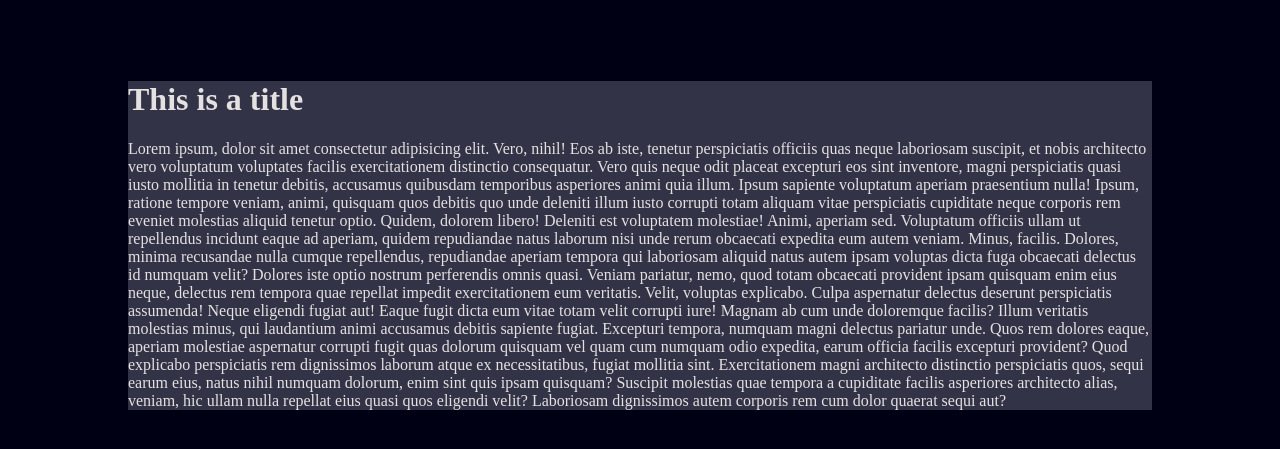
Repository: Francois-QUICODE/CSS-Micro-Projects
Page: Projects/01-Infinite-Gradient-Text.html
The author's editor kept a copy of each file at every save. The page is drawn from the files as they stood at one save, then again after the next save.
The browser window is 1280 px wide. The pictures show the whole page.

Above is the page before, as saved 2020-11-28 09:56:50.

### Projects/01-Infinite-Gradient-Text.html
<!DOCTYPE html>
<html lang="en">
  <head>
    <meta charset="UTF-8" />
    <title>Infinite Gradiant text</title>
  </head>
  <body>
    <div class="container">
      <div class="text-background"></div>
      <div class="text">
        <h1>This is a title</h1>
        <p>
          Lorem ipsum, dolor sit amet consectetur adipisicing elit. Vero, nihil!
          Eos ab iste, tenetur perspiciatis officiis quas neque laboriosam
          suscipit, et nobis architecto vero voluptatum voluptates facilis
          exercitationem distinctio consequatur. Vero quis neque odit placeat
          excepturi eos sint inventore, magni perspiciatis quasi iusto mollitia
          in tenetur debitis, accusamus quibusdam temporibus asperiores animi
          quia illum. Ipsum sapiente voluptatum aperiam praesentium nulla!
          Ipsum, ratione tempore veniam, animi, quisquam quos debitis quo unde
          deleniti illum iusto corrupti totam aliquam vitae perspiciatis
          cupiditate neque corporis rem eveniet molestias aliquid tenetur optio.
          Quidem, dolorem libero! Deleniti est voluptatem molestiae! Animi,
          aperiam sed. Voluptatum officiis ullam ut repellendus incidunt eaque
          ad aperiam, quidem repudiandae natus laborum nisi unde rerum obcaecati
          expedita eum autem veniam. Minus, facilis. Dolores, minima recusandae
          nulla cumque repellendus, repudiandae aperiam tempora qui laboriosam
          aliquid natus autem ipsam voluptas dicta fuga obcaecati delectus id
          numquam velit? Dolores iste optio nostrum perferendis omnis quasi.
          Veniam pariatur, nemo, quod totam obcaecati provident ipsam quisquam
          enim eius neque, delectus rem tempora quae repellat impedit
          exercitationem eum veritatis. Velit, voluptas explicabo. Culpa
          aspernatur delectus deserunt perspiciatis assumenda! Neque eligendi
          fugiat aut! Eaque fugit dicta eum vitae totam velit corrupti iure!
          Magnam ab cum unde doloremque facilis? Illum veritatis molestias
          minus, qui laudantium animi accusamus debitis sapiente fugiat.
          Excepturi tempora, numquam magni delectus pariatur unde. Quos rem
          dolores eaque, aperiam molestiae aspernatur corrupti fugit quas
          dolorum quisquam vel quam cum numquam odio expedita, earum officia
          facilis excepturi provident? Quod explicabo perspiciatis rem
          dignissimos laborum atque ex necessitatibus, fugiat mollitia sint.
          Exercitationem magni architecto distinctio perspiciatis quos, sequi
          earum eius, natus nihil numquam dolorum, enim sint quis ipsam
          quisquam? Suscipit molestias quae tempora a cupiditate facilis
          asperiores architecto alias, veniam, hic ullam nulla repellat eius
          quasi quos eligendi velit? Laboriosam dignissimos autem corporis rem
          cum dolor quaerat sequi aut?
        </p>
      </div>
    </div>
  </body>

  <style>
    body {
      background-color: #000014;
      width: 1024px;
      margin: auto;
      color: #e5e1e1;
      padding-top: 60px;
    }

    .container {
      background-color: #333347;
    }
  </style>
</html>

After the next save:
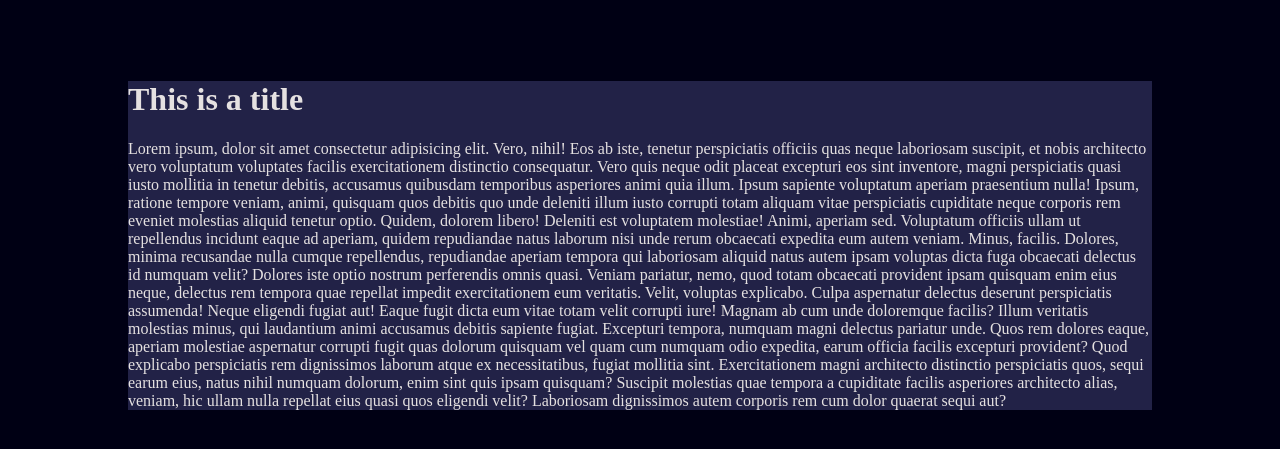
Saved 100 s later.
--- a/Projects/01-Infinite-Gradient-Text.html
+++ b/Projects/01-Infinite-Gradient-Text.html
@@ -60,7 +60,7 @@
     }
 
     .container {
-      background-color: #333347;
+      background-color: #222247;
     }
   </style>
 </html>
